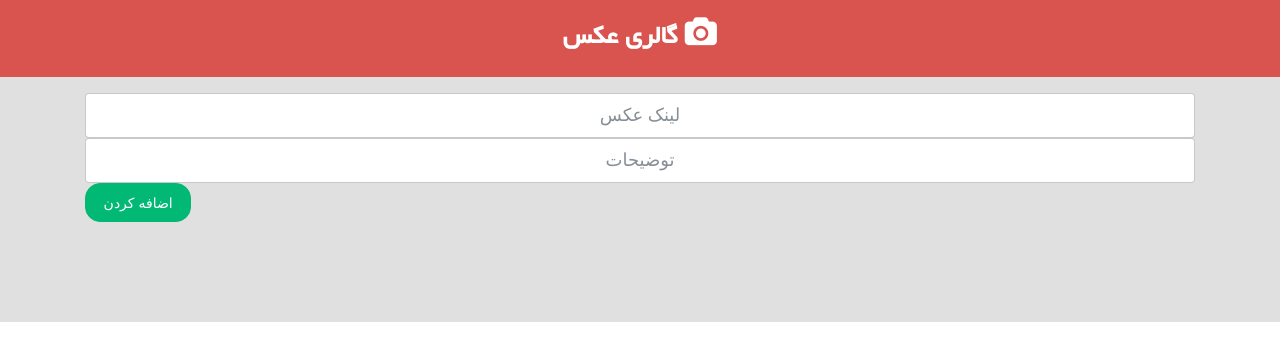
Repository: sadegh1379/PhotoWall-app
Page: /addphoto
An editor plug-in stored every save of this project. The page is shown before and after the next save, followed by the edit.
The browser window is 1280 px wide. The pictures show the whole page.
The project was rebuilt for these pictures with package versions that can differ from the ones it lists, and the page was loaded fresh each time. Also part of the build but not shown: src/Component/Photo.js, src/Component/PhotoWall.js.

Above is the page before, as saved 2020-02-22 13:23:46.

After the next save:
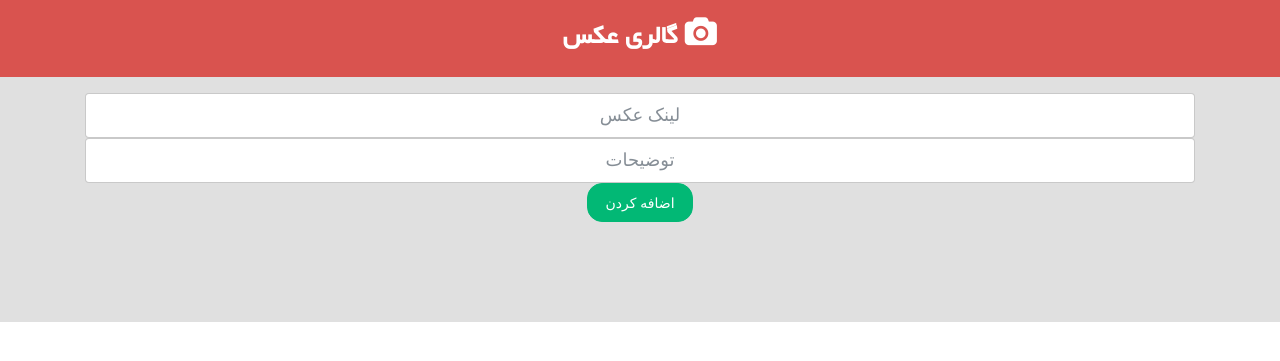
Saved 9 s later.
--- a/src/Component/AddPhoto.js
+++ b/src/Component/AddPhoto.js
@@ -7,7 +7,7 @@ export class AddPhoto extends Component {
                 <form className="container add-form">
                     <input type="text" placeholder="لینک عکس" className="form-control text-center"/>
                     <input type="text" placeholder="توضیحات" className="form-control text-center" />
-                      <div className="f-flex justify-content-center">
+                      <div className="d-flex justify-content-center">
                             <button type="submit" className="btn btn-success ">اضافه کردن</button>
                       </div>
 
